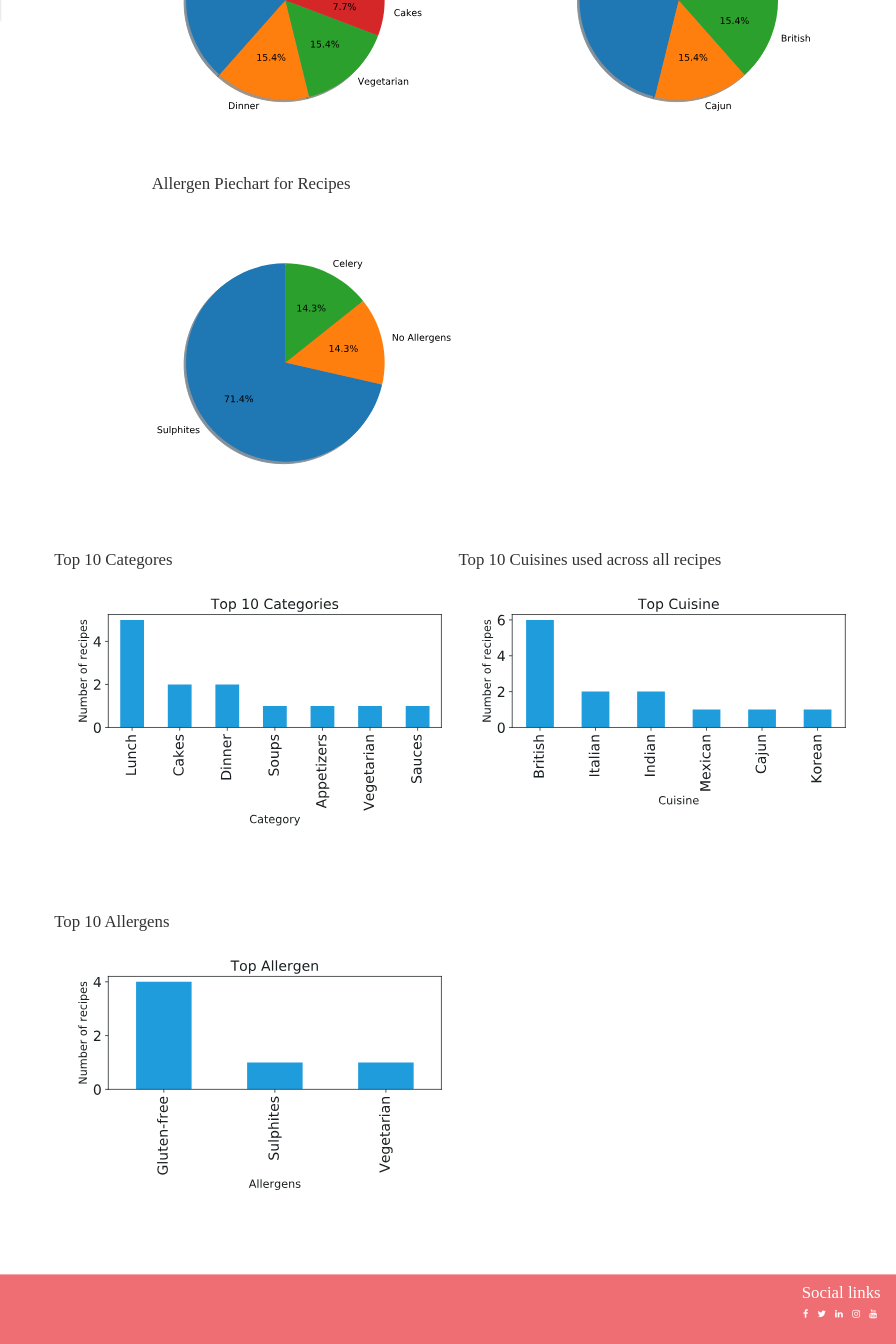
Repository: GrantMCA93/data-centric-dev-milestone-project
Page: templates/websitestats.html
The author's editor kept a record of every edit. The page is drawn from the files as they stood at one moment, then again after the next edit.
The browser window is 1280 px wide. The pictures show the part of the page from y = 752 to 2672 px (the page is 2672 px tall), at 70% of full size.
Some web libraries are served in a nearby version. The template is drawn by Flask 3. The application's start-up code is not run. Other server files are loaded and not shown. The template is opened directly, without the code that normally fills it, so the values that code supplies are empty.

Above is the page before.

### templates/websitestats.html
{% extends 'base.html' %} {% block content %}
<h2>Website Statistics</h2>
<!-- Notifying User the the page will not display well on mobile browsers -->
<p style="text-align:center">This page is not designed for mobile browsers.</p>
<section>
  <div class="container-fluid">
    <div class="row">
      <!--  Table displaying number of recipes per Category -->
      <div class="col-xs-6 ">
        <h3>Recipes Per Category</h3>
        <div class="table-responsive">
          <table class="table table-striped table-bordered">
            <thead class="thead-dark">
              <tr>
                <th scope="col">Category</th>
                <th scope="col" class="text-center">Number of Recipes</th>
              </tr>
            </thead>
            <tbody>
              {% for key, value in cat_data.items() %}
              <tr>
                <td>{{key}}</td>
                <td class="text-center">{{value}}</td>
              </tr>
              {% endfor %}
            </tbody>
          </table>
        </div>
      </div>
      <!--  Table displaying number of recipes per Cuisine -->
      <div class="col-xs-6 ">
        <h3>Recipes per Cuisine</h3>
        <div class="table-responsive">
          <table class="table table-striped table-bordered">
            <thead class="thead-dark">
              <tr>
                <th scope="col">Cuisine</th>
                <th scope="col" class="text-center">Number of Recipes</th>
              </tr>
            </thead>
            <tbody>
              {% for key, value in cuis_data.items() %}
              <tr>
                <td>{{key}}</td>
                <td class="text-center">{{value}}</td>
              </tr>
              {% endfor %}
            </tbody>
          </table>
        </div>
      </div>
      <!--  Table displaying number of recipes per Allergen -->
      <div class="col-xs-6 ">
        <h3>Recipes Per Allergen</h3>
        <div class="table-responsive">
          <table class="table table-striped table-bordered">
            <thead class="thead-dark">
              <tr>
                <th scope="col">Allergen</th>
                <th scope="col" class="text-center">Number of Recipes</th>
              </tr>
            </thead>
            <tbody>
              {% for key, value in aller_data.items() %}
              <tr>
                <td>{{key}}</td>
                <td class="text-center">{{value}}</td>
              </tr>
              {% endfor %}
            </tbody>
          </table>
        </div>
      </div>
    </div>
    <div class="row">
      <!-- Categories piechart for recipes -->
        <div class="col-xs-6 ">
          <h3>Category Piechart for Recipes</h3>
          <img src="static/img/graphs/piechart-category.svg">
        </div>
      <!-- Cuisine piechart for recipes -->
        <div class="col-xs-6 ">
          <h3>Cuisine Piechart for Recipes</h3>
          <img src="static/img/graphs/piechart-cuisine.svg">
        </div>
      <!-- Allergens piechart for recipes -->
        <div class="col-xs-6  text-center">
          <h3>Allergen Piechart for Recipes</h3>
          <img src="static/img/graphs/piechart-allergens.svg">
        </div>
      </div>
    </div>
    <div class="row">
      <div class="col-xs-6 ">
        <h3>Top 10 Categores</h3>
        <img src="static/img/graphs/barchart-category.svg">
      </div>
      <div class="col-xs-6 ">
        <h3>Top 10 Cuisines used across all recipes</h3>
        <img src="static/img/graphs/barchart-cuisine.svg">
      </div>
      <div class="col-xs-6 ">
        <h3>Top 10 Allergens</h3>
        <img src="static/img/graphs/barchart-allergens.svg">
      </div>
    </div>
  </div>
</section>

{% endblock %}

### static/css/style.css
body{
    font-size: 13px !important;
    font-family: cursive !important;
}

ul{
    font-size: 13px !important;
}


.btn_small{
    height: 24px;
    width: 60px;
    line-height: 24px;
    margin: 5px 5px;
    padding: 0 0.5em;
}

.task_header{
    margin-top: 5px;
}

.custommargin {
    margin: 10px 25px 10px 25px;
}

h2{
   display: flex;
    justify-content: center;

}

.imageposition{
    justify-content: center;
    height: 40%;
}


.imagepositionviewrecipe{
    display: flex;
    justify-content: center;
}

/* Navbar settings */

/*.navbarfixed{*/
/*    position: inherit;*/
/*    z-index: 500;*/
/*}*/

/*.welcomemessage{*/
/*    position: fixed;*/
/*    z-index: 500;*/
/*    top: 64px;*/
/*}*/


.desktopnavfont{
    font-size: 16px;
}

/* Override materialize modal styles */
.modal {
     background-color: transparent;
     max-height: none;
     width: auto;
}

.displayonmobile{
        display: -webkit-box;
}

.marginrightleft5px{
    margin-left: 5px;
    margin-right: 5px;
}
 .marginrightleft10px{
     margin-left: 10px;
    margin-right: 10px;
 }

.viewrecipebutton{
    color: white;
}

.width100paddingbottom{
    width: 100%;
    padding-bottom: 24px !important;
}

.select-wrapper span.caret {
    color: initial;
    position: absolute;
    right: 0;
    top: 0;
    bottom: 0;
    height: 10px;
    margin: auto 0;
    font-size: 0px;
    line-height: 10px;
}


.deletebutton{
    margin: 0px;
    border: 0px;
    color: white;
    background-color: #26a69a;
    padding: 0px;
}


.buttonpadding{
    padding: 3px  !important;
}

@media (max-width: 992px){
d-lg-block {
    display: block!important;
}
}

@media (max-width: 992px){
.d-none {
    display: none!important;
}
}

.col-xs-6 {
    -ms-flex: 0 0 50%;
    flex: 0 0 50%;
    max-width: 50%;
}

.center-text{
    text-align: center!important;
}

@media (min-width: 992px){
.manage-recipe-buttons{
    display: flex;

    }
}

@media (max-width: 992px){
.manage-recipe-buttons{
    display: flex;
    margin-left: 25% !important;
    margin-right: 25% !important;

    }
}
.equalizecontentboxheights{
    height: auto;
}

.recipeinfo
{
    border-bottom: solid;
    border-right: solid;
    border-left: solid;
    margin-left: 0px;
    margin-right: 0px;
        border-color: gainsboro;
}

.viewrecipebuttonmargin{
    margin-left: 15px;
    margin-right: 15px;
}

.fa-heart:before {
    color: red;
}

/* Homepage background */


.pizza-wallpaper {
  /* The image used */
  background-image: url("/static/img/recipes/pizza-wallpaper.jpeg");

  /* Full height */
  height: 80%;

  /* Center and scale the image nicely */
  background-position: center;
  background-repeat: no-repeat;
  background-size: cover;
}

/*Homepage background text size on large screens */
@media (min-width: 768px){
.homepageheading {
    font-size: 40px;
    }
}

@media (min-width: 768px){
.homepageparagraph {
    font-size: 30px;
    }
}


/* Footer */
.footer {
    bottom: 0;
    height: 100px;
    font-size: x-large;
    overflow: hidden;
    z-index: 110;
    position: inherit;
    background: #141414;
    padding: 12px 7px 10px;
    color: white;
    width: 100%;
    border: none;
    margin: 0px;
    background-color: #ee6e73;
    text-align: right;
}

.fa {
    display: inline-block;
    font: normal normal normal 14px/1 FontAwesome;
    font-size: inherit;
    text-rendering: auto;
    -webkit-font-smoothing: antialiased;
    -moz-osx-font-smoothing: grayscale;
}

.footer-icon-color{
 color: white;
}

Loaded but not shown: static/img/graphs/barchart-category.svg (985 lines, source omitted); static/img/graphs/piechart-category.svg (928 lines, source omitted); static/img/graphs/barchart-cuisine.svg (952 lines, source omitted); static/img/graphs/piechart-cuisine.svg (831 lines, source omitted); static/img/graphs/barchart-allergens.svg (815 lines, source omitted); static/img/graphs/piechart-allergens.svg (638 lines, source omitted); static/js/cookbookcustom_script.js (200 lines, source omitted); static/js/counter.js (19 lines, source omitted); templates/base.html (259 lines, source omitted)

After the next edit:
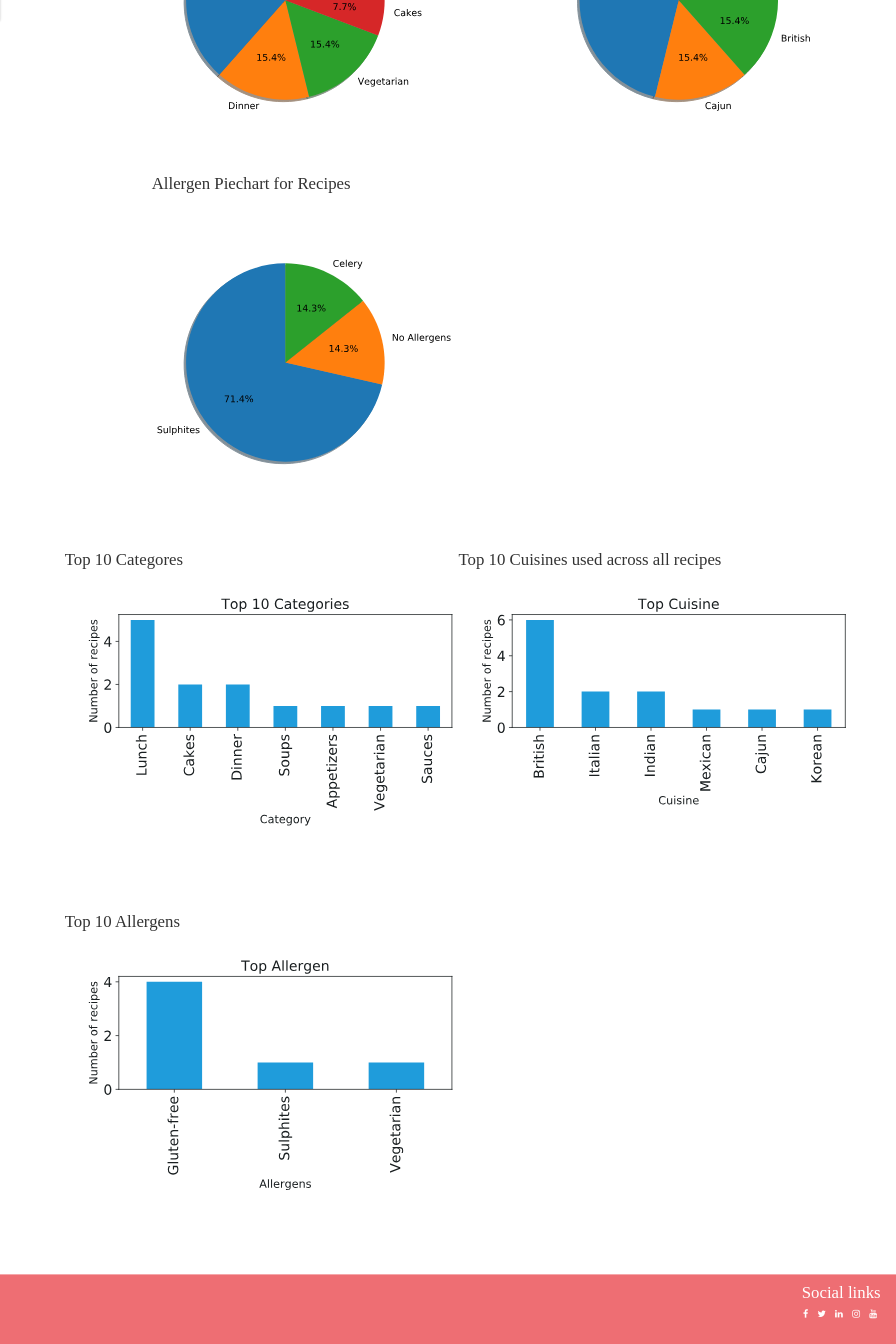
The edit:
--- a/templates/websitestats.html
+++ b/templates/websitestats.html
@@ -88,9 +88,9 @@
           <h3>Allergen Piechart for Recipes</h3>
           <img src="static/img/graphs/piechart-allergens.svg">
         </div>
-      </div>
     </div>
     <div class="row">
+      <!-- Barchart displaying the Top 10 Categories -->
       <div class="col-xs-6 ">
         <h3>Top 10 Categores</h3>
         <img src="static/img/graphs/barchart-category.svg">
